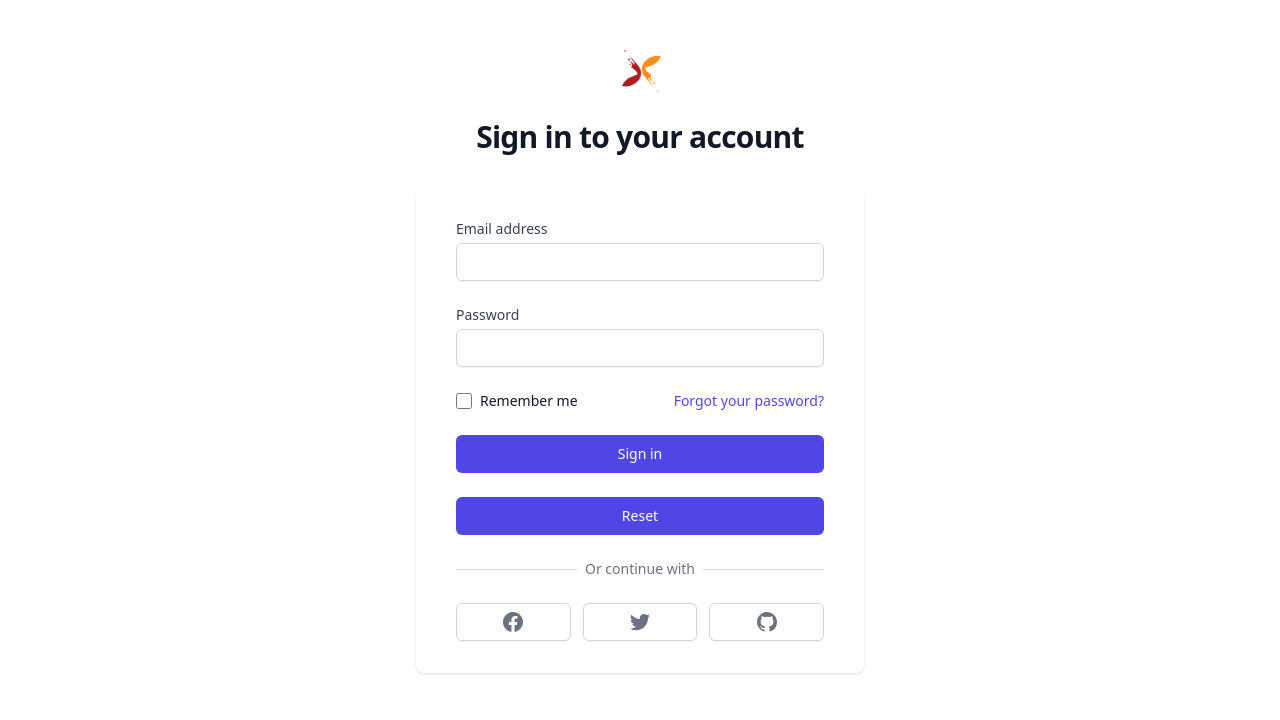
Repository: VinceBrun/medical-web3-app
Page: /login
These files come from the project's save history. The page is drawn as it stood at one moment and after a run of saves; the edit follows.
The browser window is 1280 px wide. The pictures show the whole page.
The project was rebuilt for these pictures with package versions that can differ from the ones it lists, and the page was loaded fresh each time. The framework's server and built-in components were replaced by stand-ins that run in the browser. Also part of the build but not shown: next.config.js.

Above is the page before, as saved 2023-01-16 18:51:10.

### pages/login.jsx
import React from 'react'

export default function login() {
  return (
    <>

      <div className="flex h-screen flex-col justify-center py-12 sm:px-6 lg:px-8">
        <div className="sm:mx-auto sm:w-full sm:max-w-md">
          <img
            className="mx-auto h-12 w-auto"
            src="/images/curiositylogo.png"
            alt="Your Company"
          />
          <h2 className="mt-6 text-center text-3xl font-bold tracking-tight text-gray-900">Sign in to your account</h2>

        </div>

        <div className="mt-8 sm:mx-auto sm:w-full sm:max-w-md">
          <div className="bg-white py-8 px-4 shadow sm:rounded-lg sm:px-10">
            <form className="space-y-6" action="#" method="POST">
              <div>
                <label htmlFor="email" className="block text-sm font-medium text-gray-700">
                  Email address
                </label>
                <div className="mt-1">
                  <input
                    id="email"
                    name="email"
                    type="email"
                    autoComplete="email"
                    required
                    className="block w-full appearance-none rounded-md border border-gray-300 px-3 py-2 placeholder-gray-400 shadow-sm focus:border-indigo-500 focus:outline-none focus:ring-indigo-500 sm:text-sm"
                  />
                </div>
              </div>

              <div>
                <label htmlFor="password" className="block text-sm font-medium text-gray-700">
                  Password
                </label>
                <div className="mt-1">
                  <input
                    id="password"
                    name="password"
                    type="password"
                    autoComplete="current-password"
                    required
                    className="block w-full appearance-none rounded-md border border-gray-300 px-3 py-2 placeholder-gray-400 shadow-sm focus:border-indigo-500 focus:outline-none focus:ring-indigo-500 sm:text-sm"
                  />
                </div>
              </div>

              <div className="flex items-center justify-between">
                <div className="flex items-center">
                  <input
                    id="remember-me"
                    name="remember-me"
                    type="checkbox"
                    className="h-4 w-4 rounded border-gray-300 text-indigo-600 focus:ring-indigo-500"
                  />
                  <label htmlFor="remember-me" className="ml-2 block text-sm text-gray-900">
                    Remember me
                  </label>
                </div>

                <div className="text-sm">
                  <a href="#" className="font-medium text-indigo-600 hover:text-indigo-500">
                    Forgot your password?
                  </a>
                </div>
              </div>

              <div>
                <button
                  type="submit"
                  className="flex w-full justify-center rounded-md border border-transparent bg-indigo-600 py-2 px-4 text-sm font-medium text-white shadow-sm hover:bg-indigo-700 focus:outline-none focus:ring-2 focus:ring-indigo-500 focus:ring-offset-2"
                >
                  Sign in
                </button>
              </div>
              <div>
                <button
                  type="submit"
                  className="flex w-full justify-center rounded-md border border-transparent bg-indigo-600 py-2 px-4 text-sm font-medium text-white shadow-sm hover:bg-indigo-700 focus:outline-none focus:ring-2 focus:ring-indigo-500 focus:ring-offset-2"
                >
                  Reset
                </button>
              </div>
            </form>

            <div className="mt-6">
              <div className="relative">
                <div className="absolute inset-0 flex items-center">
                  <div className="w-full border-t border-gray-300" />
                </div>
                <div className="relative flex justify-center text-sm">
                  <span className="bg-white px-2 text-gray-500">Or continue with</span>
                </div>
              </div>

              <div className="mt-6 grid grid-cols-3 gap-3">
                <div>
                  <a
                    href="#"
                    className="inline-flex w-full justify-center rounded-md border border-gray-300 bg-white py-2 px-4 text-sm font-medium text-gray-500 shadow-sm hover:bg-gray-50"
                  >
                    <span className="sr-only">Sign in with Facebook</span>
                    <svg className="h-5 w-5" aria-hidden="true" fill="currentColor" viewBox="0 0 20 20">
                      <path
                        fillRule="evenodd"
                        d="M20 10c0-5.523-4.477-10-10-10S0 4.477 0 10c0 4.991 3.657 9.128 8.438 9.878v-6.987h-2.54V10h2.54V7.797c0-2.506 1.492-3.89 3.777-3.89 1.094 0 2.238.195 2.238.195v2.46h-1.26c-1.243 0-1.63.771-1.63 1.562V10h2.773l-.443 2.89h-2.33v6.988C16.343 19.128 20 14.991 20 10z"
                        clipRule="evenodd"
                      />
                    </svg>
                  </a>
                </div>

                <div>
                  <a
                    href="#"
                    className="inline-flex w-full justify-center rounded-md border border-gray-300 bg-white py-2 px-4 text-sm font-medium text-gray-500 shadow-sm hover:bg-gray-50"
                  >
                    <span className="sr-only">Sign in with Twitter</span>
                    <svg className="h-5 w-5" aria-hidden="true" fill="currentColor" viewBox="0 0 20 20">
                      <path d="M6.29 18.251c7.547 0 11.675-6.253 11.675-11.675 0-.178 0-.355-.012-.53A8.348 8.348 0 0020 3.92a8.19 8.19 0 01-2.357.646 4.118 4.118 0 001.804-2.27 8.224 8.224 0 01-2.605.996 4.107 4.107 0 00-6.993 3.743 11.65 11.65 0 01-8.457-4.287 4.106 4.106 0 001.27 5.477A4.073 4.073 0 01.8 7.713v.052a4.105 4.105 0 003.292 4.022 4.095 4.095 0 01-1.853.07 4.108 4.108 0 003.834 2.85A8.233 8.233 0 010 16.407a11.616 11.616 0 006.29 1.84" />
                    </svg>
                  </a>
                </div>

                <div>
                  <a
                    href="#"
                    className="inline-flex w-full justify-center rounded-md border border-gray-300 bg-white py-2 px-4 text-sm font-medium text-gray-500 shadow-sm hover:bg-gray-50"
                  >
                    <span className="sr-only">Sign in with GitHub</span>
                    <svg className="h-5 w-5" aria-hidden="true" fill="currentColor" viewBox="0 0 20 20">
                      <path
                        fillRule="evenodd"
                        d="M10 0C4.477 0 0 4.484 0 10.017c0 4.425 2.865 8.18 6.839 9.504.5.092.682-.217.682-.483 0-.237-.008-.868-.013-1.703-2.782.605-3.369-1.343-3.369-1.343-.454-1.158-1.11-1.466-1.11-1.466-.908-.62.069-.608.069-.608 1.003.07 1.531 1.032 1.531 1.032.892 1.53 2.341 1.088 2.91.832.092-.647.35-1.088.636-1.338-2.22-.253-4.555-1.113-4.555-4.951 0-1.093.39-1.988 1.029-2.688-.103-.253-.446-1.272.098-2.65 0 0 .84-.27 2.75 1.026A9.564 9.564 0 0110 4.844c.85.004 1.705.115 2.504.337 1.909-1.296 2.747-1.027 2.747-1.027.546 1.379.203 2.398.1 2.651.64.7 1.028 1.595 1.028 2.688 0 3.848-2.339 4.695-4.566 4.942.359.31.678.921.678 1.856 0 1.338-.012 2.419-.012 2.747 0 .268.18.58.688.482A10.019 10.019 0 0020 10.017C20 4.484 15.522 0 10 0z"
                        clipRule="evenodd"
                      />
                    </svg>
                  </a>
                </div>
              </div>
            </div>
          </div>
        </div>
      </div>
    </>
  )
}

### styles/globals.css
@tailwind base;
@tailwind components;
@tailwind utilities;

/* :root {
  --max-width: 1100px;
  --border-radius: 12px;
  --font-mono: ui-monospace, Menlo, Monaco, "Cascadia Mono", "Segoe UI Mono",
    "Roboto Mono", "Oxygen Mono", "Ubuntu Monospace", "Source Code Pro",
    "Fira Mono", "Droid Sans Mono", "Courier New", monospace;

  --foreground-rgb: 0, 0, 0;
  --background-start-rgb: 214, 219, 220;
  --background-end-rgb: 255, 255, 255;

  --primary-glow: conic-gradient(
    from 180deg at 50% 50%,
    #16abff33 0deg,
    #0885ff33 55deg,
    #54d6ff33 120deg,
    #0071ff33 160deg,
    transparent 360deg
  );
  --secondary-glow: radial-gradient(
    rgba(255, 255, 255, 1),
    rgba(255, 255, 255, 0)
  );

  --tile-start-rgb: 239, 245, 249;
  --tile-end-rgb: 228, 232, 233;
  --tile-border: conic-gradient(
    #00000080,
    #00000040,
    #00000030,
    #00000020,
    #00000010,
    #00000010,
    #00000080
  );

  --callout-rgb: 238, 240, 241;
  --callout-border-rgb: 172, 175, 176;
  --card-rgb: 180, 185, 188;
  --card-border-rgb: 131, 134, 135;
}

@media (prefers-color-scheme: dark) {
  :root {
    --foreground-rgb: 255, 255, 255;
    --background-start-rgb: 0, 0, 0;
    --background-end-rgb: 0, 0, 0;

    --primary-glow: radial-gradient(rgba(1, 65, 255, 0.4), rgba(1, 65, 255, 0));
    --secondary-glow: linear-gradient(
      to bottom right,
      rgba(1, 65, 255, 0),
      rgba(1, 65, 255, 0),
      rgba(1, 65, 255, 0.3)
    );

    --tile-start-rgb: 2, 13, 46;
    --tile-end-rgb: 2, 5, 19;
    --tile-border: conic-gradient(
      #ffffff80,
      #ffffff40,
      #ffffff30,
      #ffffff20,
      #ffffff10,
      #ffffff10,
      #ffffff80
    );

    --callout-rgb: 20, 20, 20;
    --callout-border-rgb: 108, 108, 108;
    --card-rgb: 100, 100, 100;
    --card-border-rgb: 200, 200, 200;
  }
}

* {
  box-sizing: border-box;
  padding: 0;
  margin: 0;
}

html,
body {
  max-width: 100vw;
  overflow-x: hidden;
}

body {
  color: rgb(var(--foreground-rgb));
  background: linear-gradient(
      to bottom,
      transparent,
      rgb(var(--background-end-rgb))
    )
    rgb(var(--background-start-rgb));
}

a {
  color: inherit;
  text-decoration: none;
}

@media (prefers-color-scheme: dark) {
  html {
    color-scheme: dark;
  }
} */

Loaded but not shown: pages/_app.js (common file); pages/_document.js (common file); tailwind.config.js (common file)

After the next 2 saves:
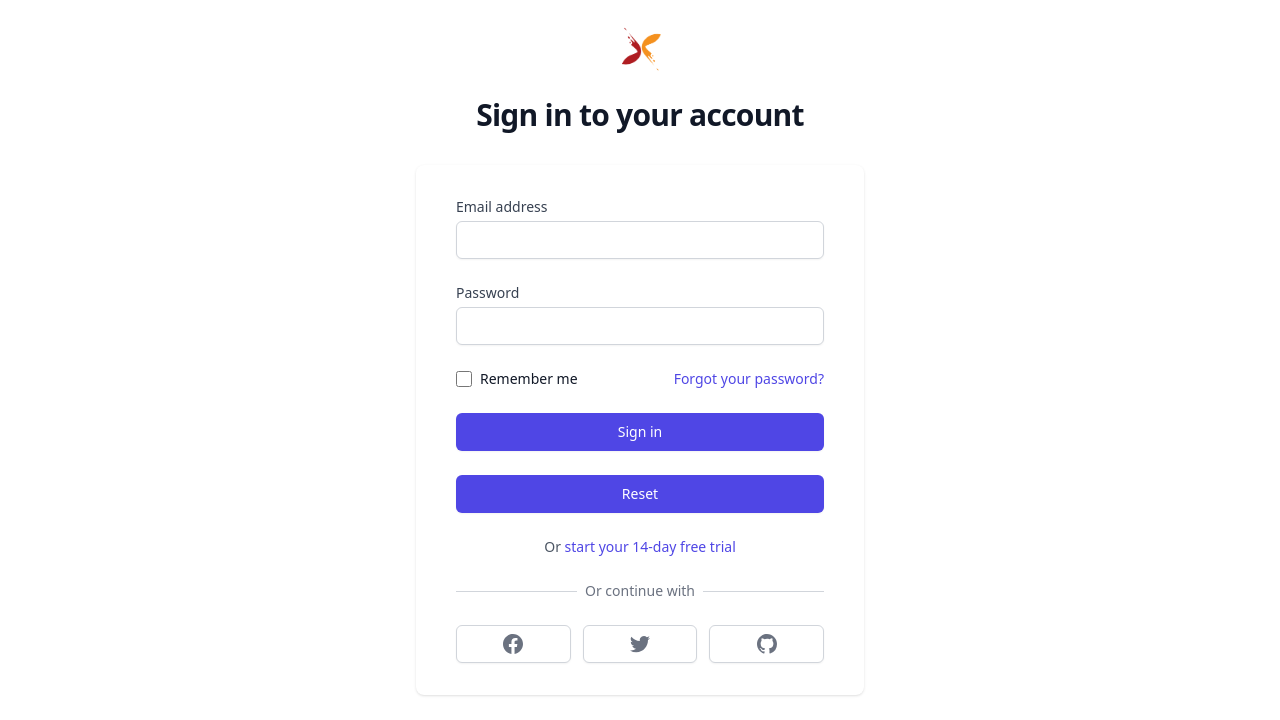
The 2 saves are shown as one change because they came seconds apart.
The last was saved 14 s later.
--- a/pages/login.jsx
+++ b/pages/login.jsx
@@ -86,6 +86,12 @@ export default function login() {
                   Reset
                 </button>
               </div>
+              <p className="mt-2 text-center text-sm text-gray-600">
+            Or{' '}
+            <a href="#" className="font-medium text-indigo-600 hover:text-indigo-500">
+              start your 14-day free trial
+            </a>
+          </p>
             </form>
 
             <div className="mt-6">
